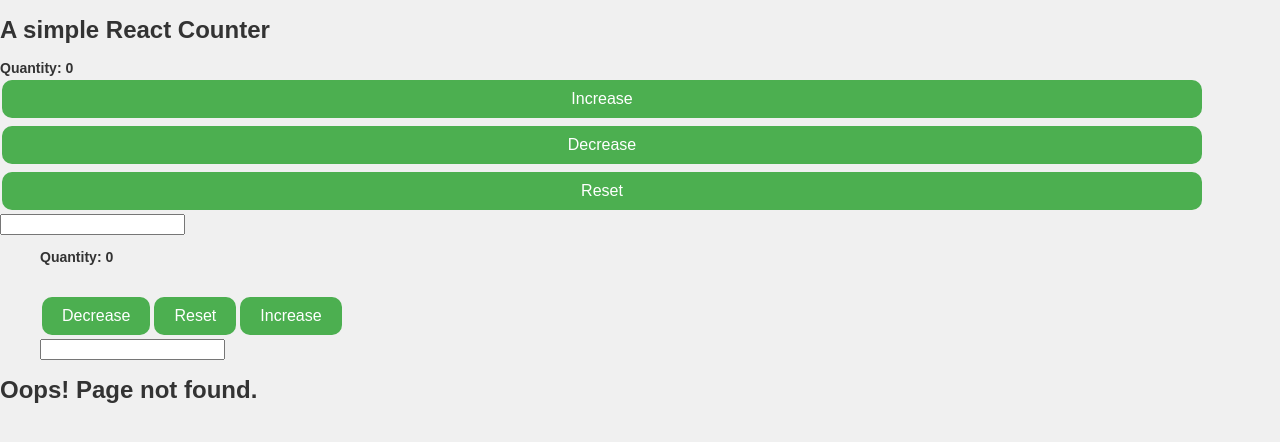
Repository: qudos4real/altschool-second-sem
Page: /
An editor plug-in stored every save of this project. The page is shown before and after the next save, followed by the edit.
The browser window is 1280 px wide. The pictures show the whole page.
The project was rebuilt for these pictures with package versions that can differ from the ones it lists, and the page was loaded fresh each time. Also part of the build but not shown: src/App.css, src/Components/ErrorBoundary.js.

Above is the page before, as saved 2022-11-04 13:10:47.

After the next save:
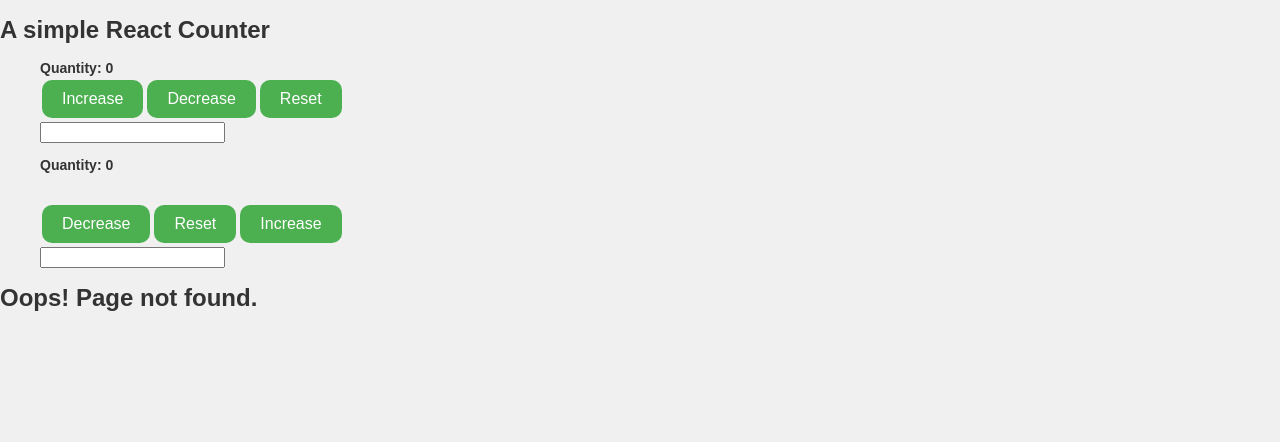
Saved 16 s later.
--- a/src/Components/Counter.js
+++ b/src/Components/Counter.js
@@ -5,13 +5,13 @@ import "../CSS/Counter.css"
 function Counter() {
   const quantity = useCounter(0);
   return (
-    <div>
+    <div className="container">
       <h3>
         Quantity: {quantity.count}
         <br />
-        <button className="btn container" onClick={quantity.increment}>Increase</button>
-        <button className="btn container" onClick={quantity.decrement}>Decrease</button>
-        <button className="btn container" onClick={quantity.reset}>Reset</button>
+        <button className="btn " onClick={quantity.increment}>Increase</button>
+        <button className="btn " onClick={quantity.decrement}>Decrease</button>
+        <button className="btn " onClick={quantity.reset}>Reset</button>
         <br />
         <input
           type="number"
